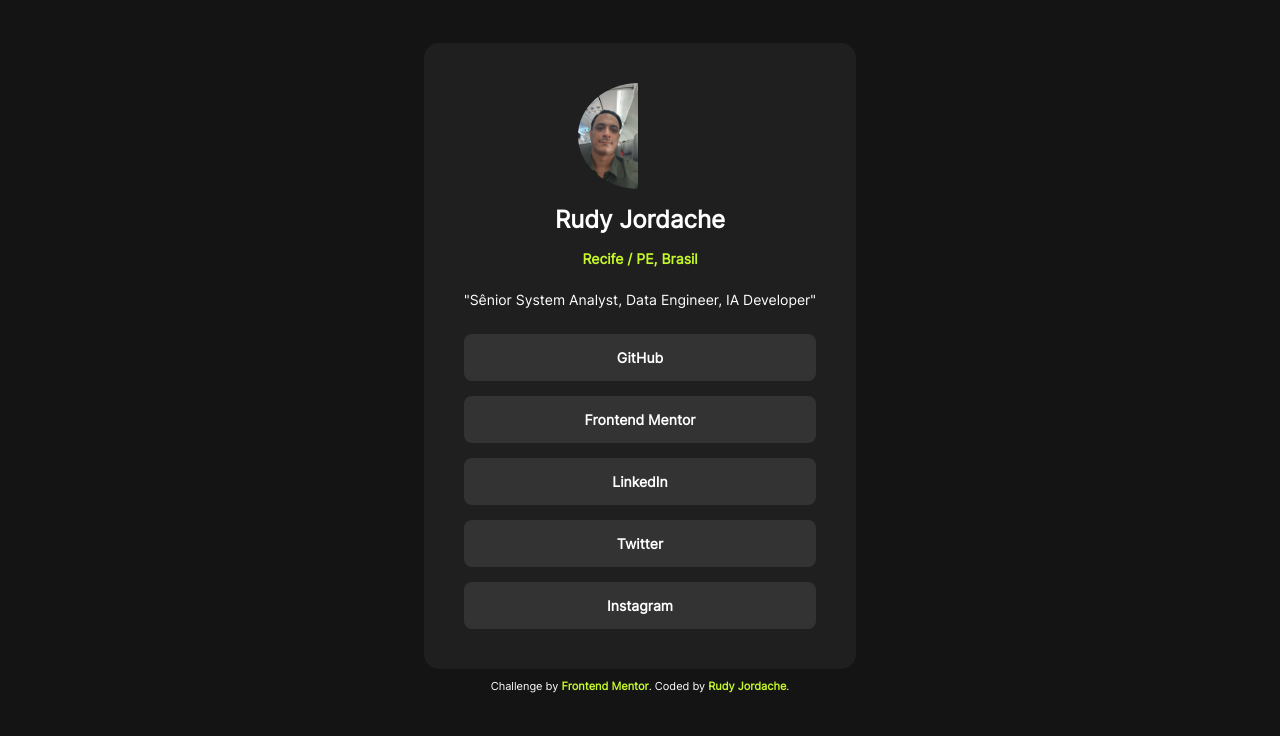
Repository: RudyJ/social-links-profile
Page: index.html
These files come from the project's save history. The page is drawn as it stood at one moment and after the next save; the edit follows.
The browser window is 1280 px wide. The pictures show the whole page.

Above is the page before, as saved 2024-04-02 20:27:40.

### index.html
<!DOCTYPE html>
<html lang="en">

  <head>
    <meta charset="UTF-8">
    <meta name="viewport" content="width=device-width, initial-scale=1.0">
    <!-- displays site properly based on user's device -->
    <link rel="icon" type="image/png" sizes="32x32" href="./assets/images/favicon-32x32.png">
    <title>Frontend Mentor | Social links profile</title>
    <link rel="stylesheet" href="./assets/css/style.css" />
  </head>

  <body>

    <div class="card">
      <div class="imagem">
        <img src="./assets/images/me.jpg" />
      </div>
      <h1>Rudy Jordache</h1>
      <h2>Recife / PE, Brasil</h2>
      <p>"Sênior System Analyst, Data Engineer, IA Developer"</p>
      <ul>
        <li>
          <a href="#">GitHub</a>
        </li>
        <li>
          <a href="#">Frontend Mentor</a>
        </li>
        <li>
          <a href="#">LinkedIn</a>
        </li>
        <li>
          <a href="#">Twitter</a>
        </li>
        <li>
          <a href="#">Instagram</a>
        </li>
      </ul>
    </div>

    <div class="attribution">
      Challenge by <a href="https://www.frontendmentor.io?ref=challenge" target="_blank">Frontend Mentor</a>.
      Coded by <a href="#">Rudy Jordache</a>.
    </div>
  </body>

</html>

### assets/css/style.css
@font-face {
    font-family: 'Inter';
    src: url('../fonts/static/Inter-Regular.ttf');
    font-weight: 400;
}


body {
    background-color: hsl(0, 0%, 8%);
    color: hsl(0, 0%, 100%);
    display: flex;
    flex-direction: column;
    align-items: center;
    justify-content: center;
    height: 100vh;
    overflow: hidden;
    font-family: 'Inter';
    font-weight: 400;
    font-size: 14px;
}


body .card {
    background-color: hsl(0, 0%, 12%);
    padding:  40px 40px 25px 40px;
    box-sizing: border-box;
    border-radius: 15px;
    text-align: center;
}

body .card .imagem {
    width: 35%;
    border-radius: 50%;
    overflow: hidden;
    display: block;
    margin: auto;
}

body .card .imagem img {
    width: 60px;
    display: block;
}


body .card h1 {
    font-size: 24px;
    font-weight: 700;
}
body .card h2 {
    color: hsl(75, 94%, 57%);
    font-size: 14px;
    margin-bottom: 24px;
    font-weight: 600;
}
body .card p {
    font-size: 14px;
    margin-bottom: 26px;
}

body .card ul {
    list-style: none;
    padding-left: 0;
}

body .card ul li {
    margin-bottom: 15px;
}

body .card ul li a {
    background-color: hsl(0, 0%, 20%);
    color: hsl(0, 0%, 100%);
    text-decoration: none;
    display: block;
    padding: 15px;
    border-radius: 8px;
    font-weight: 700;
}
body .card ul li a:hover {
    background-color: hsl(75, 94%, 57%);
    color: hsl(0, 0%, 12%);
}

.attribution {
    font-size: 11px;
    text-align: center;
    margin-top: 10px;
}

.attribution a {
    color: hsl(75, 94%, 57%);
    font-weight: 600;
    text-decoration: none;
}

After the next save:
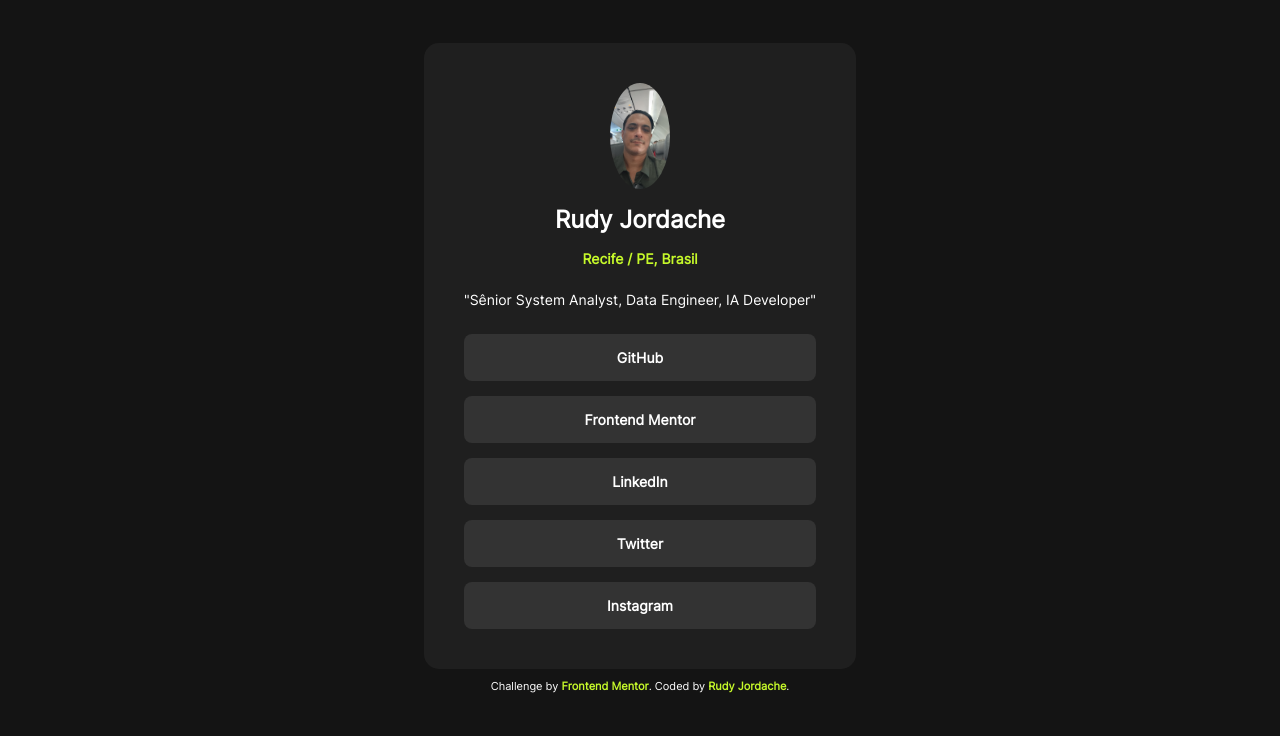
Saved 12 s later.
--- a/assets/css/style.css
+++ b/assets/css/style.css
@@ -29,7 +29,7 @@ body .card {
 }
 
 body .card .imagem {
-    width: 35%;
+    width: 60px;
     border-radius: 50%;
     overflow: hidden;
     display: block;
@@ -37,7 +37,7 @@ body .card .imagem {
 }
 
 body .card .imagem img {
-    width: 60px;
+    width: 100%;
     display: block;
 }
 
